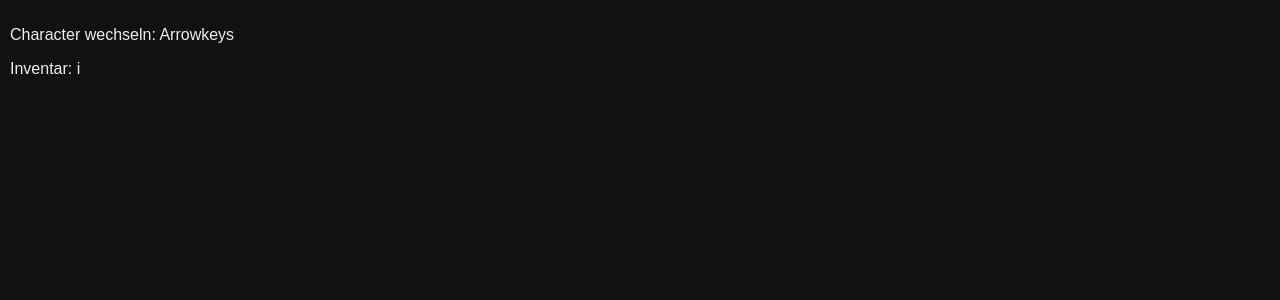
Repository: FaideST/Pixel-Game-
Page: index.html
The author's editor kept a copy of each file at every save. The page is drawn from the files as they stood at one save, then again after a run of saves.
The browser window is 1280 px wide. The pictures show the whole page.

Above is the page before, as saved 2025-09-19 23:03:01.
Console error: TypeError: Cannot read properties of null (reading 'addEventListener')

### index.html
<!DOCTYPE html>
<html lang="de">
<head>
    <meta charset="UTF-8">
    <meta name="viewport" content="width=device-width, initial-scale=1.0">
    <title>Pixelart Game</title>
    <link rel="stylesheet" href="style.css">
</head>
<body>
    <p></p>
    <p> Character wechseln: Arrowkeys</p>
    <p> Inventar: i</p>
    <canvas id="gameCanvas"></canvas>
    <script src="dist/main.js" type="module"></script>
</body>
</html>

### style.css
body {
  font-family: sans-serif;
  background: #111;
  color: #eee;
  margin: 0;
  padding: 10px;
}

.layout {
  display: flex;
  gap: 20px;
  align-items: flex-start;
}

/* Spielfeld */
.game canvas {
  border: 2px solid #555;
  image-rendering: pixelated;
}

/* Rechte Seite */
.ui {
  width: 220px;
  max-height: 240px;
  display: flex;
  flex-direction: column;
}

/* Timer */
#timer {
  font-size: 18px;
  margin-bottom: 10px;
}

/* Tabelle scrollt, Seite nicht */
#timeTable {
  width: 100%;
  border-collapse: collapse;
  background: #222;
}

#timeTable th,
#timeTable td {
  border: 1px solid #444;
  padding: 4px;
  text-align: center;
}

#timeTable thead {
  background: #333;
  position: sticky;
  top: 0;
}

/* 👇 wichtig */
#timeTable tbody {
  display: block;
  max-height: 180px;
  overflow-y: auto;
}

#timeTable thead,
#timeTable tbody tr {
  display: table;
  width: 100%;
  table-layout: fixed;
}

### dist/main.js
"use strict";
window.addEventListener("DOMContentLoaded", () => {
    const canvas = document.getElementById("gameCanvas");
    const ctx = canvas.getContext("2d");
    const groundY = 193;
    let cameraY = 0;
    let inventoryOpen = false;
    window.addEventListener("keydown", (e) => {
        if ((e.key === "Enter" || e.key === " ") && !gameStarted) {
            gameStarted = true;
            goal.reached = false;
            playerX = 50;
            playerY = 160;
            velocityY = 0;
            cameraY = 0;
            startTime = performance.now();
            elapsedTime = 0;
        }
    });
    canvas.width = 320;
    canvas.height = 240;
    // Position
    let playerX = 50;
    let playerY = 160;
    const speed = 2;
    let velocityY = 0;
    const gravity = 0.5;
    const jumpStrength = -7;
    let onGround = true;
    // Input
    const keys = {};
    window.addEventListener("keydown", (e) => {
        if (e.code === "Space") {
            e.preventDefault();
        }
        keys[e.key.toLowerCase()] = true;
    });
    window.addEventListener("keyup", (e) => keys[e.key.toLowerCase()] = false);
    //* window.addEventListener("keydown", (e) => {
    //    if (e.key.toLowerCase() === "i") {
    //      inventoryOpen = !inventoryOpen; // Toggle
    //    }
    // });
    // Bg
    const bg = new Image();
    let bgLoaded = false;
    bg.src = "assets/bg/village.png";
    const bgcave = new Image();
    let bgcaveLoaded = false;
    bgcave.src = "assets/bg/bg2cavemitsprites.png";
    //Char setup
    const player = new Image();
    let playerLoaded = false;
    player.onload = () => {
        console.log("Player image loaded!", player.src);
        playerLoaded = true;
    };
    player.onerror = () => {
        console.error("Failed to load image:", player.src);
    };
    const playerWidth = 32;
    const playerHeight = 32;
    //Char Auswahl
    const heroes = ["Magi.png", "Assasine.png", "bard.png", "elf.png", "wizardcharacteror1.png"];
    let selectedHero = 0;
    player.src = `assets/sprites/heroes/${heroes[selectedHero]}`;
    window.addEventListener("keydown", e => {
        if (e.key === "ArrowLeft") {
            selectedHero = (selectedHero + heroes.length - 1) % heroes.length;
            player.src = `assets/sprites/heroes/${heroes[selectedHero]}`;
        }
        if (e.key === "ArrowRight") {
            selectedHero = (selectedHero + 1) % heroes.length;
            player.src = `assets/sprites/heroes/${heroes[selectedHero]}`;
        }
    });
    const sky = new Image();
    sky.src = "assets/bg/sky.png";
    const skyHeight = 240;
    // Inventar
    const UII = { img: new Image(), x: 160, y: 20, w: 360, h: 260
    };
    UII.img.src = "assets/sprites/ui/guiinventory.png";
    const UI = { img: new Image(), offsetX: -50, offsetY: -130, x: 0, y: 0, w: 320, h: 240 };
    UI.img.src = "assets/sprites/ui/gui.png";
    const pet = { img: new Image(), offsetX: -20, offsetY: 0, x: 0, y: 0, w: 24, h: 24 };
    pet.img.src = "assets/sprites/pet/Pat.png";
    //Bilder (Bosse)
    const bosses = [
        { img: new Image(), x: 450, y: 127, w: 64, h: 64 },
        { img: new Image(), x: 580, y: 110, w: 64, h: 64 },
    ];
    bosses[0].img.src = "assets/sprites/bosse/CursedKnight.png";
    bosses[1].img.src = "assets/sprites/bosse/Bossspider.png";
    //enemies
    const enemies = [
        { img: new Image(), x: 585, y: 170, w: 32, h: 32 },
        { img: new Image(), x: 560, y: 160, w: 32, h: 32 },
        { img: new Image(), x: 520, y: 95, w: 32, h: 32 },
        { img: new Image(), x: 475, y: 80, w: 32, h: 32 },
    ];
    //*
    //enemies[0]!.img.src = "assets/sprites/enemies/minispider.png";
    //enemies[1]!.img.src = "assets/sprites/enemies/Ghost.png";
    //enemies[2]!.img.src = "assets/sprites/enemies/deadskelet.png";
    //enemies[3]!.img.src = "assets/sprites/enemies/1eye.png";
    //npcs
    const npcs = [
        { img: new Image(), x: 130, y: 0, w: 32, h: 32 },
        { img: new Image(), x: 130, y: 0, w: 32, h: 32 },
    ];
    npcs[0].img.src = "assets/sprites/npcs/Doktor.png";
    //Bilder (items)
    const items = [
        { img: new Image(), x: 495, y: 165, w: 32, h: 32 },
        //Kerzen
        { img: new Image(), x: 200, y: 170, w: 32, h: 32 },
        { img: new Image(), x: 302, y: 159, w: 32, h: 32 },
        { img: new Image(), x: 405, y: 155, w: 32, h: 32 },
    ];
    items[0].img.src = "assets/sprites/items/CursedChest.png";
    //Kerzen
    items[1].img.src = "assets/sprites/items/Kerzedunkelbrennt.png";
    items[2].img.src = "assets/sprites/items/Kerzedunkelhalbvollbrennt.png";
    items[3].img.src = "assets/sprites/items/Kerzedunkelabgebrannt.png";
    const platformImgRed = new Image();
    platformImgRed.src = "assets/platformen/platform1.png";
    const platformImgBlue = new Image();
    platformImgBlue.src = "assets/platformen/platform2.png";
    const platforms = [
        //Ebene 1 L nach R
        { x: 20, y: 150, w: 16, h: 8, img: platformImgRed },
        { x: 90, y: 150, w: 16, h: 8, img: platformImgRed },
        { x: 160, y: 150, w: 16, h: 8, img: platformImgRed },
        { x: 230, y: 150, w: 16, h: 8, img: platformImgRed },
        { x: 300, y: 150, w: 16, h: 8, img: platformImgRed },
        //Ebene 2 L nach R
        { x: 5, y: 110, w: 16, h: 8, img: platformImgRed },
        { x: 130, y: 110, w: 16, h: 8, img: platformImgRed },
        { x: 270, y: 110, w: 16, h: 8, img: platformImgRed },
        //Ebene 3 L nach R
        { x: 75, y: 65, w: 16, h: 8, img: platformImgRed },
        { x: 180, y: 65, w: 16, h: 8, img: platformImgRed },
        { x: 300, y: 65, w: 16, h: 8, img: platformImgRed },
        //Ebene 4 L nach R
        { x: 10, y: 20, w: 16, h: 8, img: platformImgRed },
        { x: 250, y: 20, w: 16, h: 8, img: platformImgRed },
        //Ebene 5 L nach R
        { x: 80, y: -25, w: 16, h: 8, img: platformImgRed },
        { x: 200, y: -25, w: 16, h: 8, img: platformImgRed },
        //Ebene Start Blau 6 L nach R
        { x: 140, y: -70, w: 16, h: 8, img: platformImgBlue },
        { x: 270, y: -70, w: 16, h: 8, img: platformImgBlue },
        //Ebene Start Blau 7 L nach R
        { x: 205, y: -110, w: 16, h: 8, img: platformImgBlue },
        //Ebene Start Blau 8 L nach R
        { x: 135, y: -155, w: 16, h: 8, img: platformImgBlue },
        //Ebene Start Blau 9 L nach R
        { x: 65, y: -200, w: 16, h: 8, img: platformImgBlue },
        { x: 205, y: -200, w: 16, h: 8, img: platformImgBlue },
    ];
    for (const npc of npcs) {
        npc.y = groundY - npc.h;
    }
    let currentMapIndex = 0;
    const maps = [
        {
            bg: bg,
            enemies: enemies,
            items: items
        },
        {
            bg: bgcave,
            enemies: enemies,
            items: items
        }
    ];
    const goal = {
        img: new Image(),
        x: 127,
        y: -245,
        w: 32,
        h: 16,
        reached: false
    };
    goal.img.src = "assets/platformen/goal.png";
    const allPlatforms = [...platforms, goal];
    // Timer & Start
    let gameStarted = false;
    let startTime = 0;
    let elapsedTime = 0;
    const times = [];
    const startBtn = document.getElementById("startBtn");
    const timerDisplay = document.getElementById("timer");
    const timeTableBody = document.querySelector("#timeTable tbody");
    startBtn.addEventListener("click", () => {
        startBtn.blur();
        gameStarted = true;
        goal.reached = false;
        playerX = 50;
        playerY = 160;
        startTime = performance.now();
        elapsedTime = 0;
    });
    function stopTimer() {
        gameStarted = false;
        times.push(elapsedTime);
        updateTable();
    }
    function updateTable() {
        timeTableBody.innerHTML = "";
        times.forEach((time, index) => {
            const row = document.createElement("tr");
            row.innerHTML = `<td>${index + 1}</td><td>${time.toFixed(2)}</td>`;
            timeTableBody.appendChild(row);
        });
    }
    // Game Loop
    function update() {
        if (keys["a"])
            playerX -= speed;
        if (keys["d"])
            playerX += speed;
        if ((keys["arrowup"] || keys["space"] || keys[" "]) && onGround) {
            velocityY = jumpStrength;
            onGround = false;
        }
        velocityY += gravity;
        playerY += velocityY;
        onGround = false;
        // Plattform-Kollision
        for (const platform of allPlatforms) {
            const playerBottom = playerY + playerHeight;
            const playerPrevBottom = playerBottom - velocityY;
            const platformTop = platform.y;
            const horizontalOverlap = playerX + playerWidth > platform.x &&
                playerX < platform.x + platform.w;
            const fallingOntoPlatform = playerPrevBottom <= platformTop &&
                playerBottom >= platformTop;
            if (horizontalOverlap && fallingOntoPlatform && velocityY >= 0) {
                playerY = platformTop - playerHeight;
                velocityY = 0;
                onGround = true;
            }
        }
        if (playerY >= 160) {
            playerY = 160;
            velocityY = 0;
            onGround = true;
        }
        if (playerY - cameraY < 80) {
            cameraY = playerY - 80;
        }
        pet.x = playerX + pet.offsetX;
        pet.y = playerY + pet.offsetY;
        UI.x = playerX + UI.offsetX;
        UI.y = playerY + UI.offsetY;
        if (playerY - cameraY > canvas.height - 80) {
            cameraY = playerY - (canvas.height - 80);
        }
        // Rechts raus → nächste Map
        if (playerX > canvas.width) {
            currentMapIndex = Math.min(currentMapIndex + 1, maps.length - 1);
            playerX = 0;
        }
        // Links raus → vorherige Map
        if (playerX < -32) {
            currentMapIndex = Math.max(currentMapIndex - 1, 0);
            playerX = canvas.width - 32;
        }
        // Timer
        if (gameStarted && !goal.reached) {
            elapsedTime = (performance.now() - startTime) / 1000;
            timerDisplay.textContent = `Zeit: ${elapsedTime.toFixed(2)} s`;
        }
        // Ziel prüfen
        const playerBottom = playerY + playerHeight;
        const playerPrevBottom = playerBottom - velocityY;
        const standingOnGoal = playerX + playerWidth > goal.x &&
            playerX < goal.x + goal.w &&
            playerPrevBottom <= goal.y &&
            playerBottom >= goal.y &&
            velocityY >= 0;
        if (!goal.reached && standingOnGoal) {
            goal.reached = true;
            stopTimer();
        }
    }
    function draw() {
        ctx.clearRect(0, 0, canvas.width, canvas.height);
        for (let i = -3; i <= 1; i++) {
            ctx.drawImage(sky, 0, i * skyHeight - cameraY, canvas.width, skyHeight);
        }
        const currentMap = maps[currentMapIndex];
        ctx.drawImage(currentMap.bg, 0, -cameraY, canvas.width, canvas.height);
        // Platformen
        for (const platform of platforms) {
            ctx.drawImage(platform.img, platform.x, platform.y - cameraY, platform.w, platform.h);
        }
        ctx.drawImage(goal.img, goal.x, goal.y - cameraY, goal.w, goal.h);
        // Items
        for (const item of currentMap.items) {
            ctx.drawImage(item.img, item.x, item.y - cameraY, item.w, item.h);
        }
        // Enemies
        for (const enemy of currentMap.enemies) {
            ctx.drawImage(enemy.img, enemy.x, enemy.y - cameraY, enemy.w, enemy.h);
        }
        // Bosse
        for (const boss of bosses) {
            ctx.drawImage(boss.img, boss.x, boss.y - cameraY, boss.w, boss.h);
        }
        // Pet + UI zeichnen
        ctx.drawImage(pet.img, pet.x, pet.y - cameraY, pet.w, pet.h);
        //* ctx.drawImage(UI.img, UI.x, UI.y - cameraY, UI.w, UI.h);
        // Npcs zeichnen
        for (const npc of npcs) {
            ctx.drawImage(npc.img, npc.x, npc.y - cameraY, npc.w, npc.h);
        }
        // Char zeichnen
        if (playerLoaded) {
            ctx.drawImage(player, playerX, playerY - cameraY, 32, 32); // Sprite zeichnen
        }
        if (inventoryOpen) {
            ctx.drawImage(UII.img, UII.x, UII.y - cameraY, UII.w, UII.h);
        }
    }
    function gameLoop() {
        update();
        draw();
        requestAnimationFrame(gameLoop);
    }
    gameLoop();
});
//# sourceMappingURL=main.js.map

After the next 5 saves:
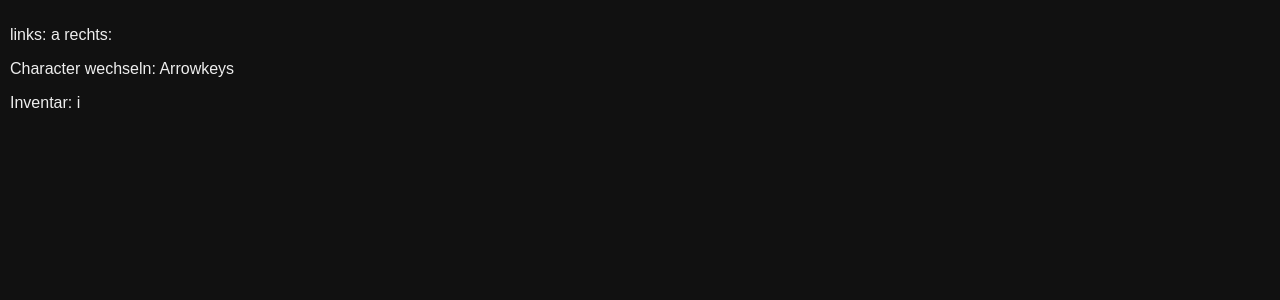
The 5 saves are shown as one change because they came seconds apart.
The last was saved 18 s later.
--- a/index.html
+++ b/index.html
@@ -7,7 +7,7 @@
     <link rel="stylesheet" href="style.css">
 </head>
 <body>
-    <p></p>
+    <p>links: a rechts:</p>
     <p> Character wechseln: Arrowkeys</p>
     <p> Inventar: i</p>
     <canvas id="gameCanvas"></canvas>
